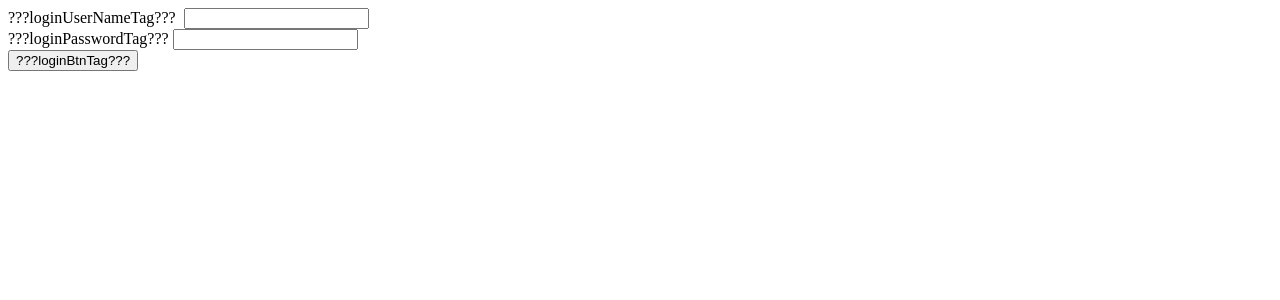
Repository: ocxz/spring
Page: http://localhost/93.SpringMVC_i18n/login.jsp
These files come from the project's save history. The page is drawn as it stood at one moment and after the next save; the edit follows.
The browser window is 1280 px wide. The pictures show the whole page.
The page is served by Tomcat 9.

Above is the page before, as saved 2019-12-09 08:56:15.

After the next save:
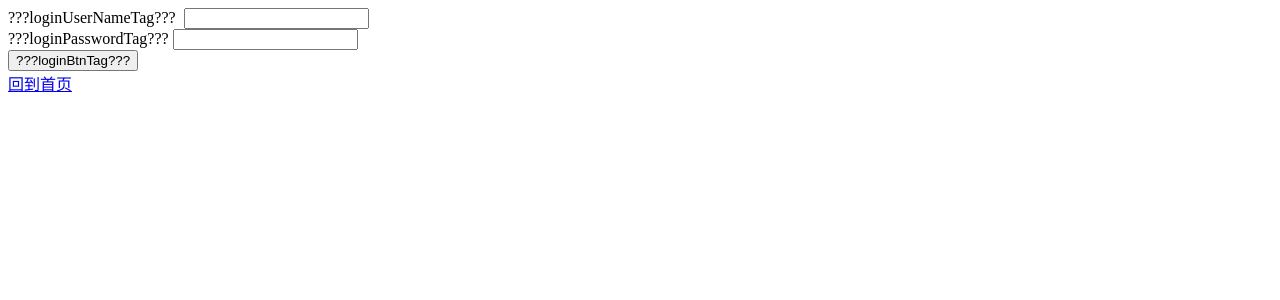
Saved 65 s later.
--- a/Spring/代码/93.SpringMVC_i18n/src/main/webapp/login.jsp
+++ b/Spring/代码/93.SpringMVC_i18n/src/main/webapp/login.jsp
@@ -13,5 +13,6 @@
 		<br /> <fmt:message key="loginPasswordTag" />&nbsp;<input type="password" name="pwd">
 		<br /> <input type="submit" value="<fmt:message key="loginBtnTag" />">
 	</form>
+	<a href="Index">回到首页</a>
 </body>
 </html>
